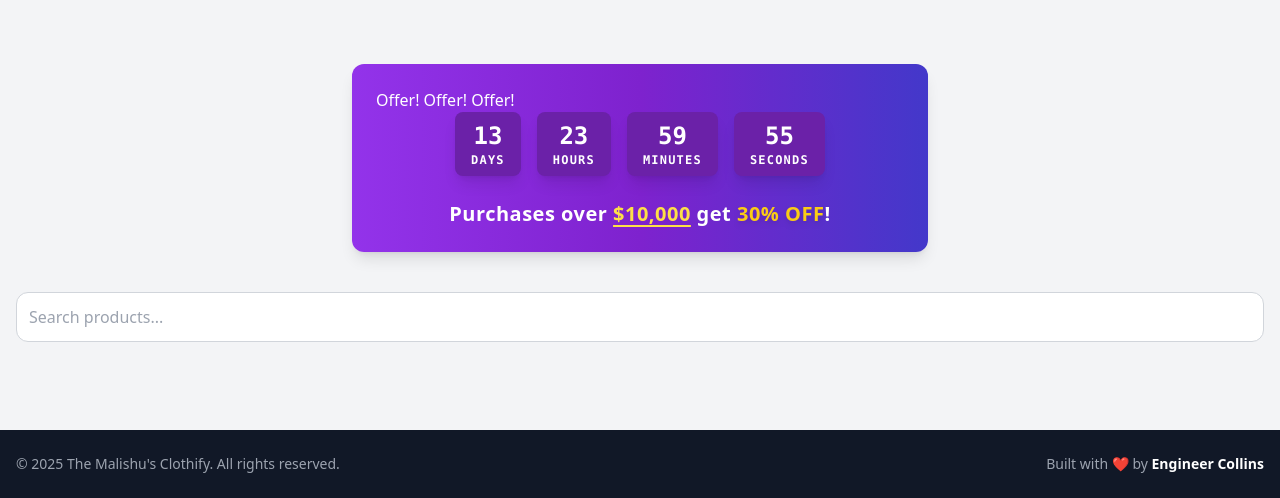
Repository: Engineer-collo/Modern-Ecommerce-Application
Page: /
The author's editor kept a copy of each file at every save. The page is drawn from the files as they stood at one save, then again after a run of saves.
The browser window is 1280 px wide. The pictures show the part of the page from y = 376 to 882 px (the page is 874 px tall before and 882 px after).
The page's requests for data from a server got no answer. The project was rebuilt for these pictures with package versions that can differ from the ones it lists, and the page was loaded fresh each time. No one was signed in, and anything a server would have sent is missing. Also part of the build but not shown: vite.config.js, src/components/SignupForm.jsx, src/components/LoginForm.jsx, src/components/ProductCard.jsx, src/components/Contact.jsx, src/components/About.jsx, src/components/Cart.jsx, src/components/ProductDetailsView.jsx.

Above is the page before, as saved 2025-05-26 10:49:36.

### index.html
<!DOCTYPE html>
<html lang="en">
<head>
  <meta charset="UTF-8">
  <meta name="viewport" content="width=device-width, initial-scale=1.0">
  <title>Ecommerce</title>
</head>
<body class="bg-gray-100">
  <div id="root"></div>
  <script type="module" src="/src/main.jsx"></script>
</body>
</html>

### src/main.jsx
import React from 'react'
import ReactDOM from 'react-dom/client'
import './index.css'
import App from './App'

ReactDOM.createRoot(document.getElementById('root')).render(
  <React.StrictMode>
    <App />
  </React.StrictMode>,
)

### src/App.jsx
import { BrowserRouter as Router, Routes, Route } from 'react-router-dom';
import { useEffect, useState } from 'react';
import Footer from './components/Footer';
import Navbar from './components/Navbar';
import SignupForm from './components/SignupForm';
import LoginForm from './components/LoginForm';
import ProductFeed from './components/ProductFeed';
import Contact from './components/Contact';
import About from './components/About';
import Cart from './components/Cart';
import ProductDetailsView from './components/ProductDetailsView';

import {
  showSuccessToast,
  ToastContainerWrapper,
} from './components/Toast';

function App() {
  const [cart, setCart] = useState([]);
  const [cartLoaded, setCartLoaded] = useState(false);

  // Load cart from localStorage
  useEffect(() => {
    const storedCart = localStorage.getItem("cart");
    if (storedCart) {
      try {
        setCart(JSON.parse(storedCart));
      } catch (error) {
        console.error("Failed to parse cart from localStorage:", error);
      }
    }
    setCartLoaded(true);
  }, []);

  // Save cart to localStorage when updated
  useEffect(() => {
    if (cartLoaded) {
      localStorage.setItem("cart", JSON.stringify(cart));
    }
  }, [cart, cartLoaded]);

  const addToCart = (product) => {
    setCart(prevCart => {
      const existing = prevCart.find(item => item.id === product.id);
      if (existing) {
        return prevCart.map(item =>
          item.id === product.id
            ? { ...item, quantity: item.quantity + 1 }
            : item
        );
      } else {
        return [...prevCart, { ...product, quantity: 1 }];
      }
    });
    showSuccessToast("Added to cart!");
  };

  const removeFromCart = (product) => {
    setCart(prevCart =>
      prevCart
        .map(item =>
          item.id === product.id
            ? { ...item, quantity: item.quantity - 1 }
            : item
        )
        .filter(item => item.quantity > 0)
    );
    showSuccessToast("Removed from cart!");
  };

  return (
    <Router>
      <Navbar cart={cart} />
      <Routes>
        <Route
          path="/"
          element={
            <ProductFeed
              showSuccessToast={showSuccessToast}
              cart={cart}
            />
          }
        />
        <Route
          path="/cart"
          element={
            <Cart
              cart={cart}
              removeFromCart={removeFromCart}
            />
          }
        />
        <Route path="/product/:id" element={<ProductDetailsView
         addToCart={addToCart}
        />} />
        <Route path="/login" element={<LoginForm />} />
        <Route path="/signup" element={<SignupForm />} />
        <Route path="/about" element={<About />} />
        <Route path="/contact" element={<Contact showSuccessToast={showSuccessToast} />} />
      </Routes>
      <ToastContainerWrapper />
      <Footer />
    </Router>
  );
}

export default App;

### src/components/Footer.jsx
const Footer = () => {
    return(
        <>
        <footer className="bg-gray-900 text-white py-6 mt-12">
  <div className="max-w-7xl mx-auto px-4 flex flex-col md:flex-row justify-between items-center space-y-4 md:space-y-0">
    <p className="text-sm text-gray-400">
      &copy; {new Date().getFullYear()} The Malishu's Clothify.  All rights reserved.
    </p>
    <p className="text-sm text-gray-400">
      Built with ❤️ by <span className="text-white font-semibold">Engineer Collins</span>
    </p>


  </div>
</footer>

        </>
    )
}

export default Footer

### src/components/Navbar.jsx
import React, { useState } from "react";
import { Link } from "react-router-dom";

const Navbar = ({ cart = [] }) => {
  const [isOpen, setIsOpen] = useState(false);

  const toggleMenu = () => setIsOpen(!isOpen);

  return (
    <header className="mt-2 bg-white shadow-md">
      <div className="max-w-7xl mx-auto px-10 py-10 flex flex-col md:flex-row md:justify-between md:items-center">
        <div className="flex justify-between items-center">
          <h1 className="text-2xl font-bold text-gray-800">
            <Link
              to="/"
              className="hover:text-blue-500 text-gray-700 transition"
            >
              <span className="text-purple-600">Malishu's Clothify</span>
            </Link>
          </h1>

          <div className="md:hidden">
            <button
              onClick={toggleMenu}
              className="text-gray-700 focus:outline-none"
            >
              <svg
                className="h-6 w-6"
                fill="none"
                stroke="currentColor"
                strokeWidth="2"
                viewBox="0 0 24 24"
              >
                <path
                  strokeLinecap="round"
                  strokeLinejoin="round"
                  d={
                    isOpen
                      ? "M6 18L18 6M6 6l12 12"
                      : "M4 6h16M4 12h16M4 18h16"
                  }
                />
              </svg>
            </button>
          </div>
        </div>

        {/* Removed search input here */}

        {/* Desktop nav */}
        <nav className="space-x-6 hidden md:flex">
          <Link
            to="/"
            className="text-xl hover:text-blue-500 font-bold text-gray-700 transition"
          >
            Home
          </Link>
          <Link
            to="/about"
            className="text-xl hover:text-blue-500 font-bold text-gray-700 transition"
          >
            About
          </Link>
          <Link
            to="/contact"
            className="text-xl hover:text-blue-500 font-bold text-gray-700 transition"
          >
            Contact
          </Link>
          <Link to="/cart" className="relative text-2xl font-bold hover:text-white transition">
  🛒
  <span className="absolute -top-2 -right-3 bg-red-500 text-white text-xs font-bold px-2 py-0.5 rounded-full">
    {cart.length}
  </span>
</Link>
          <Link
            to="/login"
            className="rounded p-1 bg-purple-500 font-bold text-white transition"
          >
            Login
          </Link>
        </nav>
      </div>

{/* Mobile nav */}
{isOpen && (
  <nav className="md:hidden bg-purple-600 text-white px-4 py-6 shadow-lg">
    <div className="flex flex-col items-center space-y-6">
      <Link
        to="/"
        className="text-2xl font-bold hover:text-white hover:underline transition"
      >
        Home
      </Link>
      <Link
        to="/about"
        className="text-2xl font-bold hover:text-white hover:underline transition"
      >
        About
      </Link>
      <Link
        to="/contact"
        className="text-2xl font-bold hover:text-white hover:underline transition"
      >
        Contact
      </Link>
      <Link to="/cart" className="relative text-2xl font-bold hover:text-white transition">
  🛒
  <span className="absolute -top-2 -right-3 bg-red-500 text-white text-xs font-bold px-2 py-0.5 rounded-full">
    {cart.length}
  </span>
</Link>
      <Link
        to="/login"
        className="text-center text-2xl font-bold bg-white text-purple-600 px-6 py-3 rounded-lg shadow-md hover:bg-purple-100 transition"
      >
        Login
      </Link>
    </div>
  </nav>
)}

    </header>
  );
};

export default Navbar;

### src/components/ProductFeed.jsx
import React, { useEffect, useState } from "react";
import ProductCard from "./ProductCard";
import OfferCountdown from "./OfferCountdown";
import VideoSlider from './VideoSlider';


const ProductFeed = ({ addToCart }) => {
  const [products, setProducts] = useState([]);
  const [searchTerm, setSearchTerm] = useState("");

  const url1 = 'https://www.w3schools.com/html/mov_bbb.mp4'

  const url2 = 'https://www.w3schools.com/html/mov_bbb.mp4'

  const url3 = 'https://www.w3schools.com/html/mov_bbb.mp4'

  const url4 = 'https://www.w3schools.com/html/mov_bbb.mp4'

  const videos = [url1, url2, url3, url4]

  useEffect(() => {
    fetch("https://fakestoreapi.com/products")
      .then((res) => res.json())
      .then((data) => setProducts(data))
      .catch((err) => console.error("Failed to fetch products:", err));
  }, []);

  const filteredProducts = products.filter((product) =>
    product.title.toLowerCase().includes(searchTerm.toLowerCase())
  );

  return (
    <>
    <VideoSlider videos={videos}/>
      <div className="mt-12 p-4 max-w-7xl mx-auto">
        {/* Modern styled offer card */}
        <div className="mb-10 p-6 rounded-xl shadow-lg bg-gradient-to-r from-purple-600 via-purple-700 to-indigo-700 text-white max-w-xl mx-auto">
          <h1 className="text-"> Offer! Offer! Offer!</h1>
          <OfferCountdown />
          <p className="mt-6 text-center text-lg sm:text-xl font-semibold tracking-wide">
            Purchases over{" "}
            <span className="text-yellow-300 underline decoration-yellow-300 underline-offset-4">
              $10,000
            </span>{" "}
            get{" "}
            <span className="text-yellow-400 font-extrabold drop-shadow-md">
              30% OFF
            </span>
            !
          </p>
        </div>

        {/* Search input */}
        <input
          type="text"
          placeholder="Search products..."
          value={searchTerm}
          onChange={(e) => setSearchTerm(e.target.value)}
          className="mb-6 p-3 w-full border border-gray-300 rounded-xl focus:outline-none focus:ring-4 focus:ring-purple-500 focus:border-transparent transition"
        />

        {/* Products grid */}
        <div className="grid grid-cols-2 md:grid-cols-3 lg:grid-cols-4 gap-6">
          {filteredProducts.map((product) => (
            <ProductCard
              key={product.id}
              product={product}
              addToCart={addToCart}
            />
          ))}
        </div>
      </div>
    </>
  );
};

export default ProductFeed;

### src/components/Toast.jsx
// src/components/Toast.js
import { toast, ToastContainer } from 'react-toastify';
import 'react-toastify/dist/ReactToastify.css';

// Toast functions
export const showSuccessToast = (message) =>
  toast.success(message, {
    className: 'bg-green-100 text-green-800 border border-green-300 rounded p-4',
    bodyClassName: 'text-sm',
    progressClassName: 'bg-green-500',
  });

export const showErrorToast = (message) =>
  toast.error(message, {
    className: 'bg-red-100 text-red-800 border border-red-300 rounded p-4',
    bodyClassName: 'text-sm',
    progressClassName: 'bg-red-500',
  });

export const showInfoToast = (message) =>
  toast.info(message, {
    className: 'bg-blue-100 text-blue-800 border border-blue-300 rounded p-4',
    bodyClassName: 'text-sm',
    progressClassName: 'bg-blue-500',
  });

export const showWarningToast = (message) =>
  toast.warn(message, {
    className: 'bg-yellow-100 text-yellow-800 border border-yellow-300 rounded p-4',
    bodyClassName: 'text-sm',
    progressClassName: 'bg-yellow-500',
  });

// Toast container
export const ToastContainerWrapper = () => (
  <ToastContainer position="top-center" autoClose={2000} />
);

### src/components/OfferCountdown.jsx
import React, { useEffect, useState } from "react";

const OfferCountdown = () => {
  const [timeLeft, setTimeLeft] = useState({
    days: "00",
    hours: "00",
    minutes: "00",
    seconds: "00",
  });

  useEffect(() => {
    // Set target time 14 days from now
    const targetTime = new Date();
    targetTime.setDate(targetTime.getDate() + 14);

    const updateCountdown = () => {
      const now = new Date();
      const diff = targetTime - now;

      if (diff <= 0) {
        setTimeLeft({ days: "00", hours: "00", minutes: "00", seconds: "00" });
        return;
      }

      const days = Math.floor(diff / (1000 * 60 * 60 * 24));
      const hours = Math.floor((diff / (1000 * 60 * 60)) % 24);
      const minutes = Math.floor((diff / (1000 * 60)) % 60);
      const seconds = Math.floor((diff / 1000) % 60);

      setTimeLeft({
        days: days.toString().padStart(2, "0"),
        hours: hours.toString().padStart(2, "0"),
        minutes: minutes.toString().padStart(2, "0"),
        seconds: seconds.toString().padStart(2, "0"),
      });
    };

    updateCountdown();
    const interval = setInterval(updateCountdown, 1000);

    return () => clearInterval(interval);
  }, []);

  return (
    <div className="flex justify-center space-x-4 text-white text-xl sm:text-2xl font-semibold font-mono select-none">
      <div className="flex flex-col items-center bg-purple-800 rounded-lg px-4 py-2 shadow-lg min-w-[60px]">
        <span>{timeLeft.days}</span>
        <span className="text-xs uppercase tracking-widest">Days</span>
      </div>
      <div className="flex flex-col items-center bg-purple-800 rounded-lg px-4 py-2 shadow-lg min-w-[60px]">
        <span>{timeLeft.hours}</span>
        <span className="text-xs uppercase tracking-widest">Hours</span>
      </div>
      <div className="flex flex-col items-center bg-purple-800 rounded-lg px-4 py-2 shadow-lg min-w-[60px]">
        <span>{timeLeft.minutes}</span>
        <span className="text-xs uppercase tracking-widest">Minutes</span>
      </div>
      <div className="flex flex-col items-center bg-purple-800 rounded-lg px-4 py-2 shadow-lg min-w-[60px]">
        <span>{timeLeft.seconds}</span>
        <span className="text-xs uppercase tracking-widest">Seconds</span>
      </div>
    </div>
  );
};

export default OfferCountdown;

### src/components/VideoSlider.jsx

import { Swiper, SwiperSlide } from 'swiper/react';
import 'swiper/css';
import 'swiper/css/autoplay';
import { Autoplay } from 'swiper/modules';


function VideoSlider({ videos }) {
  return (
    <Swiper
      modules={[Autoplay]}
      autoplay={{ delay: 6000 }}
      loop={true}
      className="w-full h-64 rounded overflow-hidden"
    >
      {videos.map((video, idx) => (
        <SwiperSlide key={idx}>
          <video src={video} autoPlay muted controls className="w-full h-full object-cover" />
        </SwiperSlide>
      ))}
    </Swiper>
  );
}

export default VideoSlider

Loaded but not shown: src/index.css (common file); tailwind.config.js (common file)

After the next 3 saves:
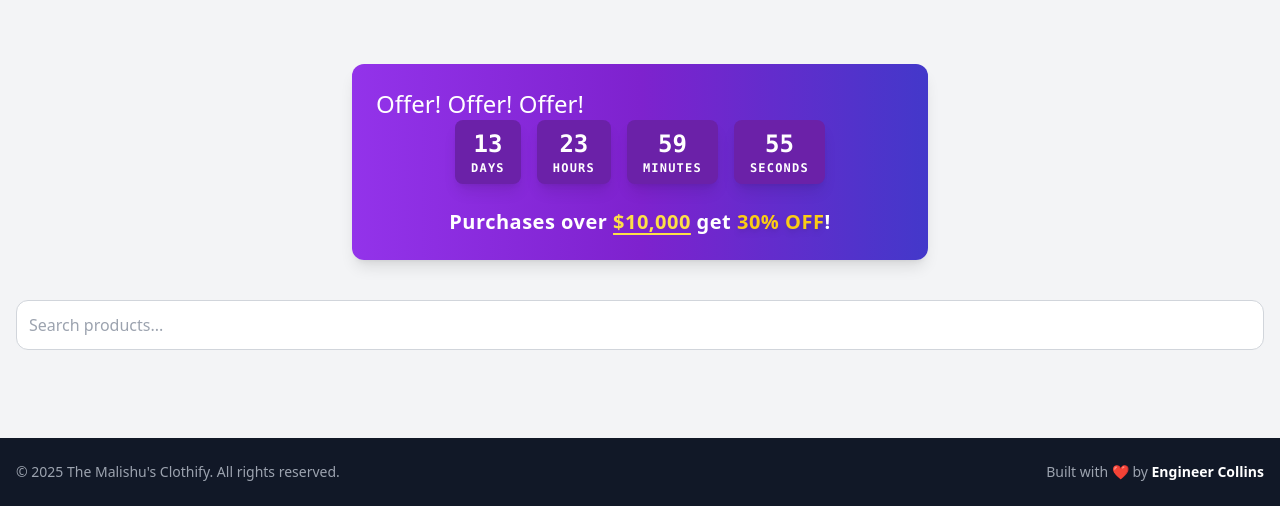
The 3 saves are shown as one change because they came seconds apart.
The last was saved 8 s later.
--- a/src/components/ProductFeed.jsx
+++ b/src/components/ProductFeed.jsx
@@ -35,7 +35,7 @@ const ProductFeed = ({ addToCart }) => {
       <div className="mt-12 p-4 max-w-7xl mx-auto">
         {/* Modern styled offer card */}
         <div className="mb-10 p-6 rounded-xl shadow-lg bg-gradient-to-r from-purple-600 via-purple-700 to-indigo-700 text-white max-w-xl mx-auto">
-          <h1 className="text-"> Offer! Offer! Offer!</h1>
+          <h1 className="text-2xl "> Offer! Offer! Offer!</h1>
           <OfferCountdown />
           <p className="mt-6 text-center text-lg sm:text-xl font-semibold tracking-wide">
             Purchases over{" "}
